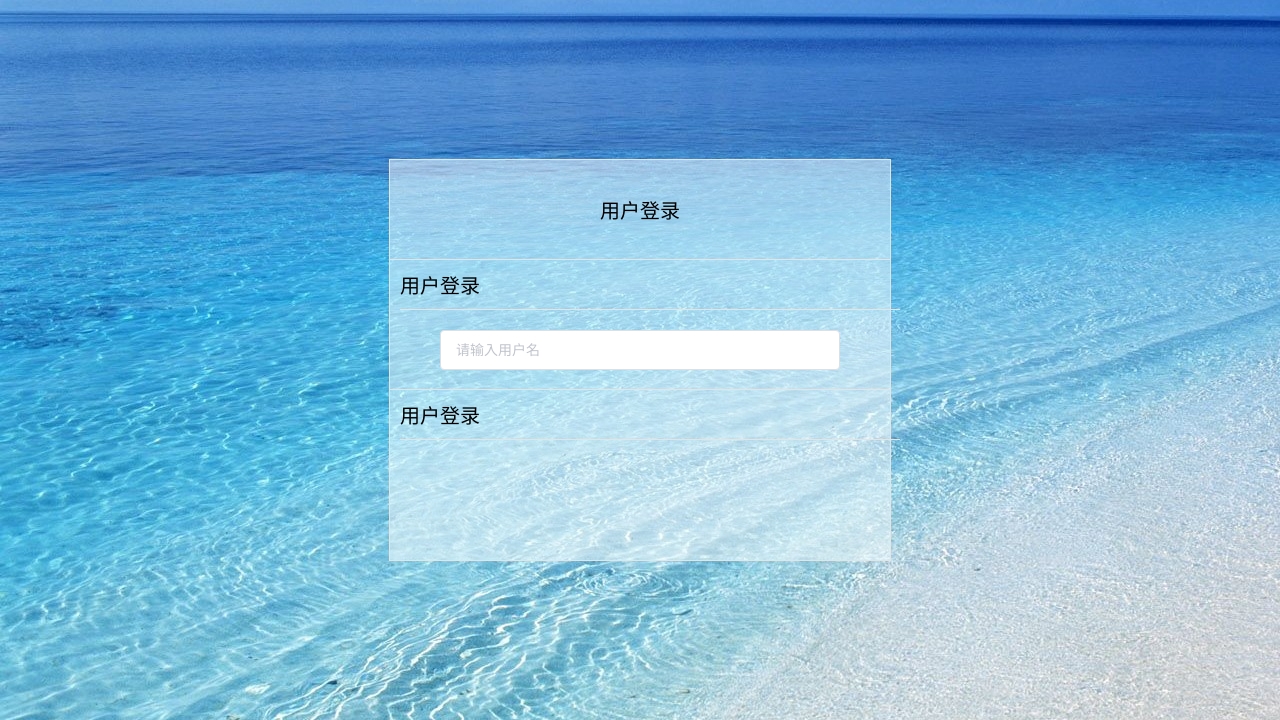
Repository: jinggegeZ/livechat
Page: /login
These files come from the project's save history. The page is drawn as it stood at one moment and after the next save; the edit follows.
The browser window is 1280 px wide. The pictures show the whole page.
The project was rebuilt for these pictures with package versions that can differ from the ones it lists, and the page was loaded fresh each time. Also part of the build but not shown: src/views/Home.vue.

Above is the page before, as saved 2020-08-17 15:15:12.

### src/main.js
import Vue from 'vue'
import App from './App.vue'
import router from './router'
import store from './store'
import ElementUI from 'element-ui';
import 'element-ui/lib/theme-chalk/index.css';

Vue.config.productionTip = false
Vue.use(ElementUI);
new Vue({
  router,
  store,
  render: h => h(App)

}).$mount('#app')

### src/App.vue
<template>
  <div id="app">

    <router-view/>
  </div>
</template>

<style lang="scss">
@import'../src/style/commoent'

</style>

### src/router/index.js
import Vue from 'vue'
import VueRouter from 'vue-router'
import Home from '../views/Home.vue'

Vue.use(VueRouter)

  const routes = [
  {
    path: '/',
    name: 'Home',
    component: Home
  },
  {
    path: '/login',
    name: 'login',
    component: () => import('../views/login.vue')
  }
]

const router = new VueRouter({
  mode: 'history',
  base: process.env.BASE_URL,
  routes
})

export default router

### src/style/commoent.css
*{
    margin: 0;
    padding: 0;
  }
  html {
    width: 100%;
    height: 100%;
  }
  #app {
    width: 100%;
    height: 100%;
  }
  body {
    width: 100%;
    height: 100%;
  }

### src/views/login.vue
<template>
  <div class="content">
    <div class="content-c">
      <div class="loginbox">
        <div class="username">用户登录</div>
        <!-- 用户登录 -->
        <div class="username1">用户登录</div>
        <!-- 用户名 -->
        <div class="input">
          <div class="inputbox">
            <el-input v-model="username" placeholder="请输入用户名"></el-input>
          </div>
        </div>
        <!-- 选择头像 -->
        <div class="username1">用户登录</div>
        <!-- 选择头像 -->
        <div class="imgbox"></div>
      </div>
    </div>
  </div>
</template>

<script>
export default {
  name: "",
  props: {},
  components: {},
  data() {
    return {
      username: "",
    };
  },
  methods: {},
  mounted() {},
  watch: {},
  computed: {},
};
</script>

<style scoped>
.content {
  width: 100%;
  height: 100%;
  display: flex;
  justify-content: center;
  align-items: center;
  background: url("../../public/image/02a28d595dea30839eeaa0fdd15dfce2.jpg")
    no-repeat;
  font-size: 20px;
}
.content-c {
  width: 100%;
  display: flex;
  justify-content: center;
  align-items: center;
}
.loginbox {
  width: 500px;
  height: 400px;
  border: 1px solid rgb(228, 228, 228);
  background: rgba(255, 255, 255, 0.5);
}
.username {
  width: 100%;
  height: 99px;
  display: flex;
  justify-content: center;
  align-items: center;
  border-bottom: 1px solid rgb(228, 228, 228);
}
.username1 {
  width: 100%;
  height: 49px;
  display: flex;
  justify-content: flex-start;
  align-items: center;
  border-bottom: 1px solid rgb(228, 228, 228);
  margin-left: 10px;
}
.input {
  width: 100%;
  height: 79px;
  display: flex;
  justify-content: center;
  align-items: center;
  border-bottom: 1px solid rgb(228, 228, 228);
}
.inputbox {
  width: 80%;
}
.imgbox {
  width: 100%;
}
</style>

Loaded but not shown: public/index.html (common file); src/store/index.js (common file)

After the next save:
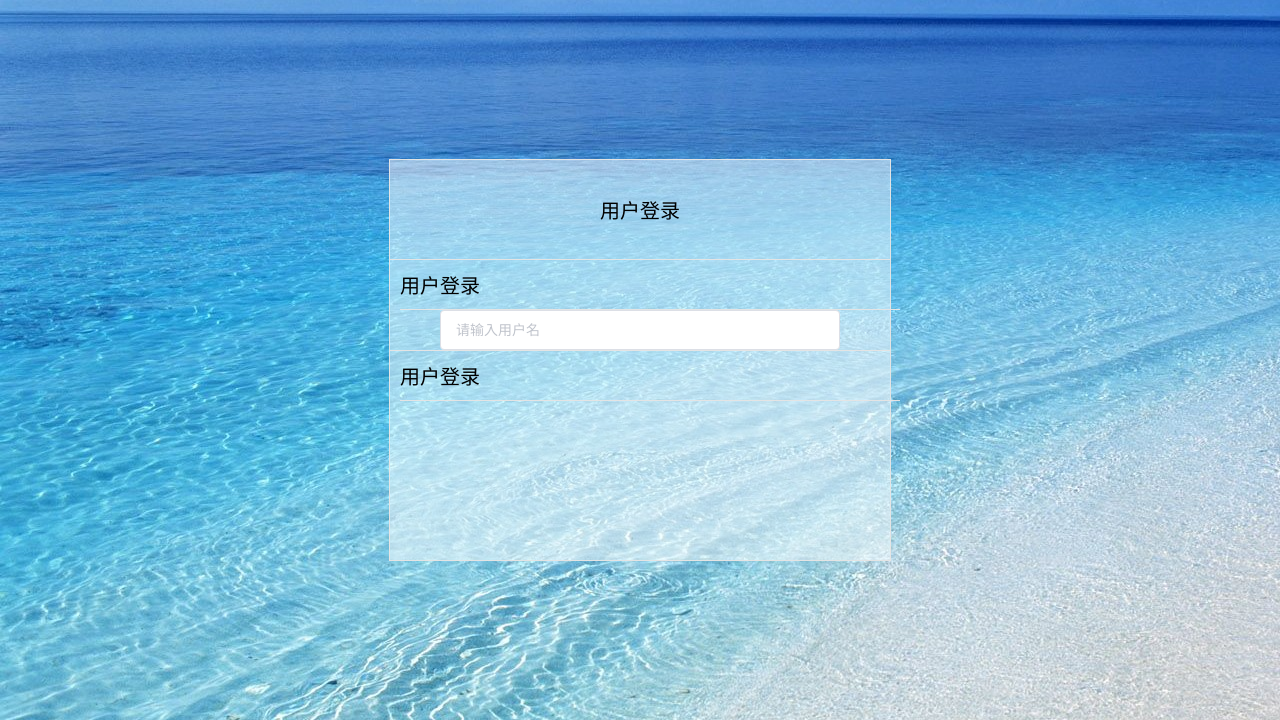
Saved 25 s later.
--- a/src/views/login.vue
+++ b/src/views/login.vue
@@ -79,7 +79,6 @@ export default {
 }
 .input {
   width: 100%;
-  height: 79px;
   display: flex;
   justify-content: center;
   align-items: center;
